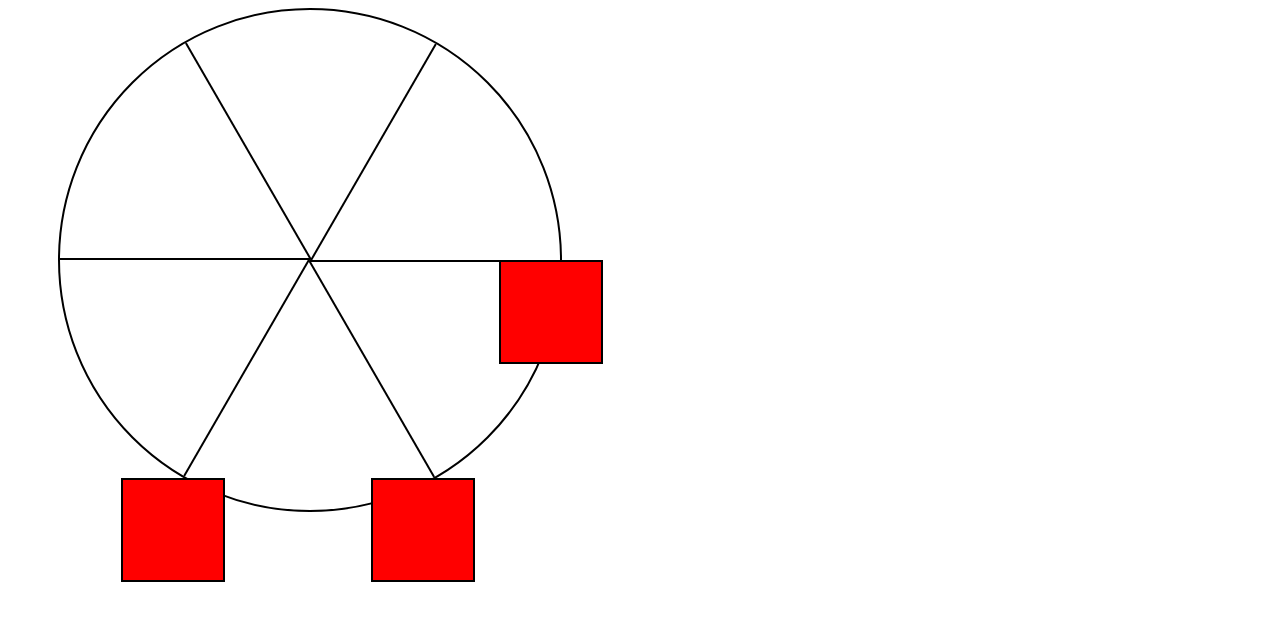
Repository: Lungdjos/ferris_wheel
Page: index.html
An editor plug-in stored every save of this project. The page is shown before and after the next save, followed by the edit.
The browser window is 1280 px wide. The pictures show the whole page.

Above is the page before, as saved 2024-01-11 09:20:33.

### index.html
<!DOCTYPE html>
<html lang="en">

<head>
    <meta charset="UTF-8">
    <meta name="viewport" content="width=device-width, initial-scale=1.0">
    <title>Ferris Wheel</title>
    <link rel="stylesheet" href="./styles.css">
</head>

<body>
    <div class="wheel">
        <span class="line"></span>
        <span class="line"></span>
        <span class="line"></span>
        <span class="line"></span>
        <span class="line"></span>
        <span class="line"></span>
        <div class="cabin"></div>
        <div class="cabin"></div>
        <div class="cabin"></div>
        <div class="cabin"></div>
        <div class="cabin"></div>
        <div class="cabin"></div>
    </div>

</body>

</html>

### styles.css
/* styling for the wheel */

.wheel {
    border: 2px solid black;
    border-radius: 50%;
    margin-left: 50px;
    position: absolute;
    height: 55vw;
    width: 55vw;
    max-width: 500px;
    max-height: 500px;
}


/* styling for the line */

.line {
    background-color: black;
    height: 2px;
    width: 50%;
    top: 50%;
    left: 50%;
    position: absolute;
    transform-origin: 0% 0%;
}

.line:nth-of-type(2) {
    transform: rotate(60deg);
}

.line:nth-of-type(3) {
    transform: rotate(120deg);
}

.line:nth-of-type(4) {
    transform: rotate(180deg);
}

.line:nth-of-type(5) {
    transform: rotate(240deg);
}

.line:nth-of-type(6) {
    transform: rotate(-60deg);
}


/* styling for the cabin */

.cabin {
    background-color: red;
    width: 20%;
    height: 20%;
    border: 2px solid;
    position: absolute;
    transform-origin: 50% 0%;
}

.cabin:nth-of-type(1) {
    right: -8.5%;
    top: 50%;
}

.cabin:nth-of-type(2) {
    right: 17%;
    top: 93.5%;
}

.cabin:nth-of-type(3) {
    right: 67%;
    top: 93.5%;
}

.cabin:nth-of-type(4) {
    right: -8.5%;
    top: 50%;
}

.cabin:nth-of-type(5) {
    right: -8.5%;
    top: 50%;
}

.cabin:nth-of-type(6) {
    right: -8.5%;
    top: 50%;
}

After the next save:
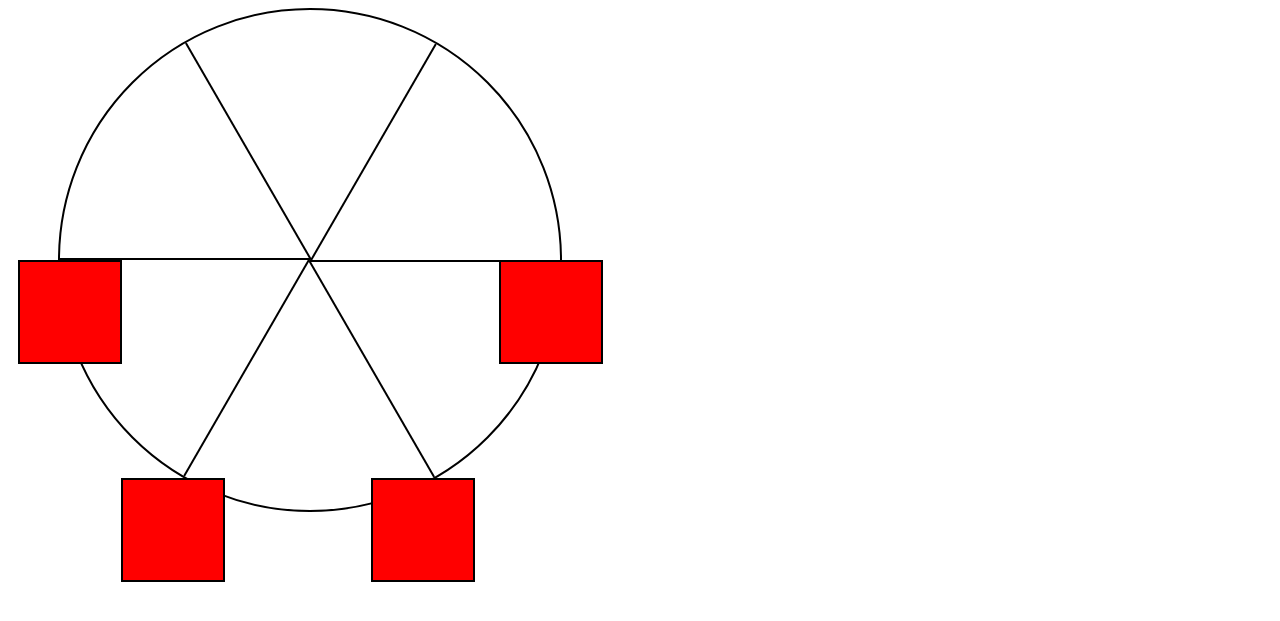
Saved 21 s later.
--- a/styles.css
+++ b/styles.css
@@ -72,7 +72,7 @@
 }
 
 .cabin:nth-of-type(4) {
-    right: -8.5%;
+    left: -8.5%;
     top: 50%;
 }
 
